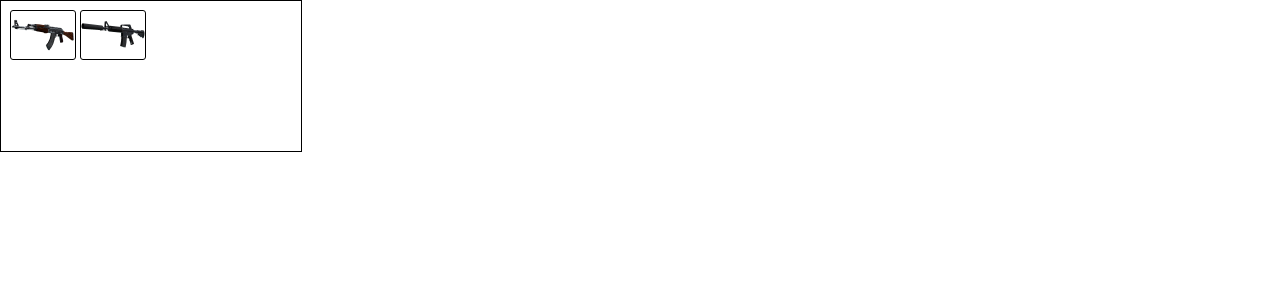
Repository: JerAguilon/GunSprayer
Page: Eclipse/SprayAndPray/index.html
An editor plug-in stored every save of this project. The page is shown before and after the next save, followed by the edit.
The browser window is 1280 px wide. The page is 1280 px wide, then 1282 px, so the pictures cover 1282 px, including what lies to the right of the window. The pictures show the whole page.

Above is the page before, as saved 2015-08-01 04:00:06.
Console error: TypeError: Cannot read properties of null (reading 'getContext')

After the next save:
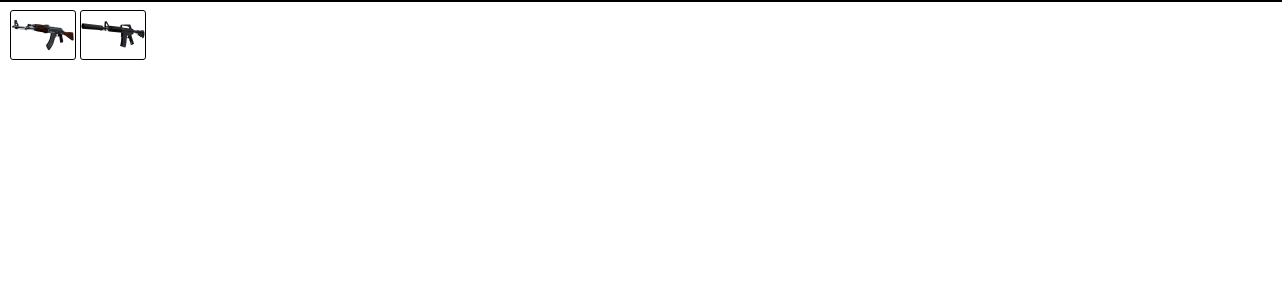
The error is gone.
Saved 18 s later.
--- a/Eclipse/SprayAndPray/index.html
+++ b/Eclipse/SprayAndPray/index.html
@@ -8,7 +8,6 @@
 
 </head>
 <body>
-	<script type = "text/javascript" src="js/sprayer.js"></script>
 
 	<div>
 		<img src = "images/ak47.png" class = "guns"/>
@@ -17,6 +16,7 @@
 
 	<div id="sketch">
 		<canvas id ="paint"></canvas>
+		<script type = "text/javascript" src="js/sprayer.js"></script>
 	</div>
 
 </body>
